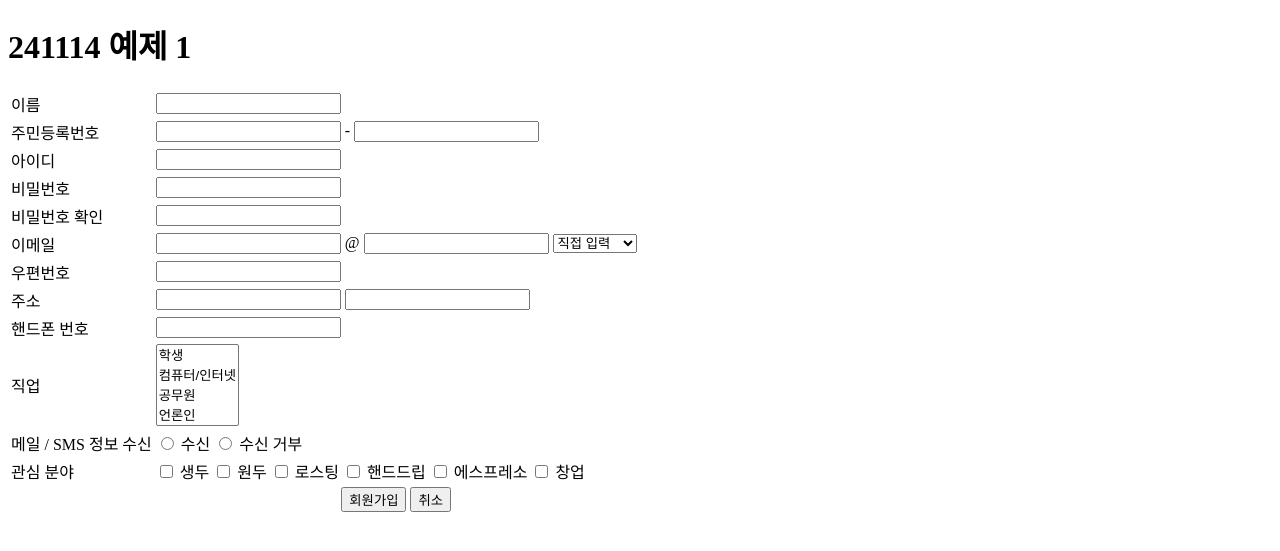
Repository: jsunnypi/JSP
Page: http://localhost/Test/inputForm.jsp
The author's editor kept a copy of each file at every save. The page is drawn from the files as they stood at one save, then again after a run of saves.
The browser window is 1280 px wide. The pictures show the whole page.
The page is served by Tomcat 9.

Above is the page before, as saved 2024-11-14 05:14:26.

After the next 2 saves:
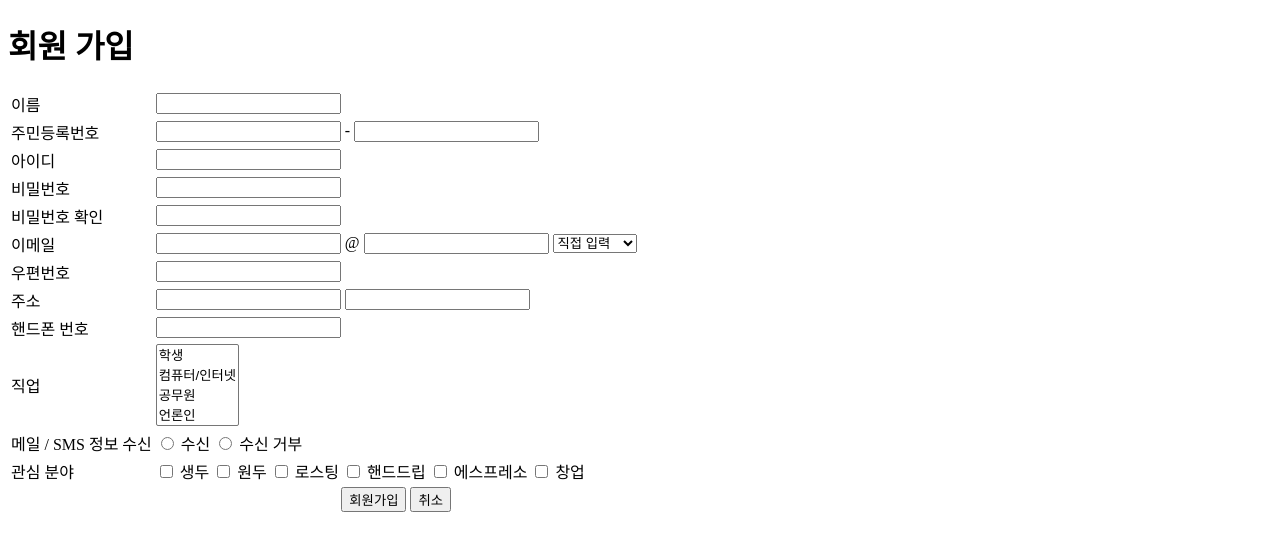
The 2 saves are shown as one change because they came seconds apart.
The last was saved 24 s later.
--- a/Test/src/main/webapp/inputForm.jsp
+++ b/Test/src/main/webapp/inputForm.jsp
@@ -4,10 +4,10 @@
 <html>
 <head>
 <meta charset="UTF-8">
-<title>Insert title here</title>
+<title>20241114 예제1</title>
 </head>
 <body>
-	<h1>241114 예제 1</h1>
+	<h1>회원 가입</h1>
 	<form method="post" action="inputlist.jsp">
 		<table>
 			<tr>
